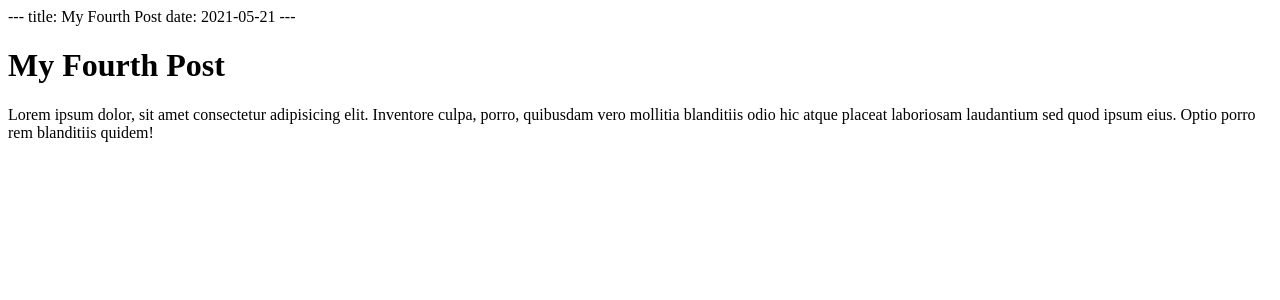
Repository: RaquelAlvarezz/example-app
Page: resources/posts/my-fourth-post.html
The author's editor kept a copy of each file at every save. The page is drawn from the files as they stood at one save, then again after the next save.
The browser window is 1280 px wide. The pictures show the whole page.

Above is the page before, as saved 2022-02-15 12:36:00.

After the next save:
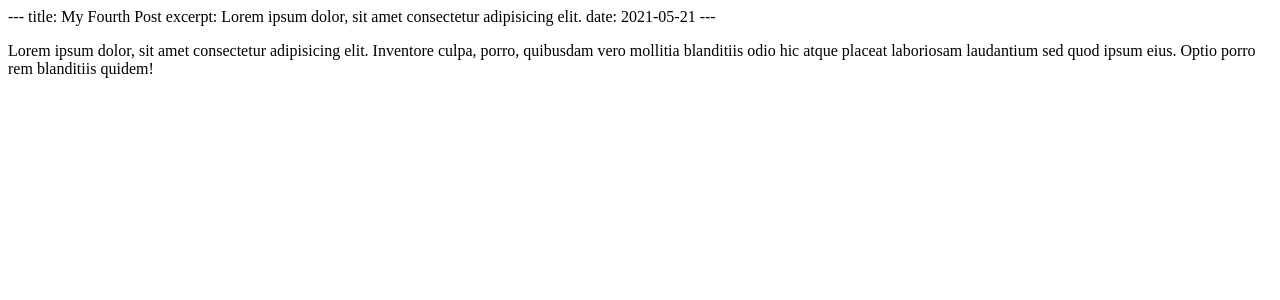
Saved 73 s later.
--- a/resources/posts/my-fourth-post.html
+++ b/resources/posts/my-fourth-post.html
@@ -1,8 +1,8 @@
 
   ---
   title: My Fourth Post
+  excerpt: Lorem ipsum dolor, sit amet consectetur adipisicing elit.
   date: 2021-05-21
   ---
 
-   <h1>My Fourth Post</h1>
 <p>Lorem ipsum dolor, sit amet consectetur adipisicing elit. Inventore culpa, porro, quibusdam vero mollitia blanditiis odio hic atque placeat laboriosam laudantium sed quod ipsum eius. Optio porro rem blanditiis quidem!</p>
